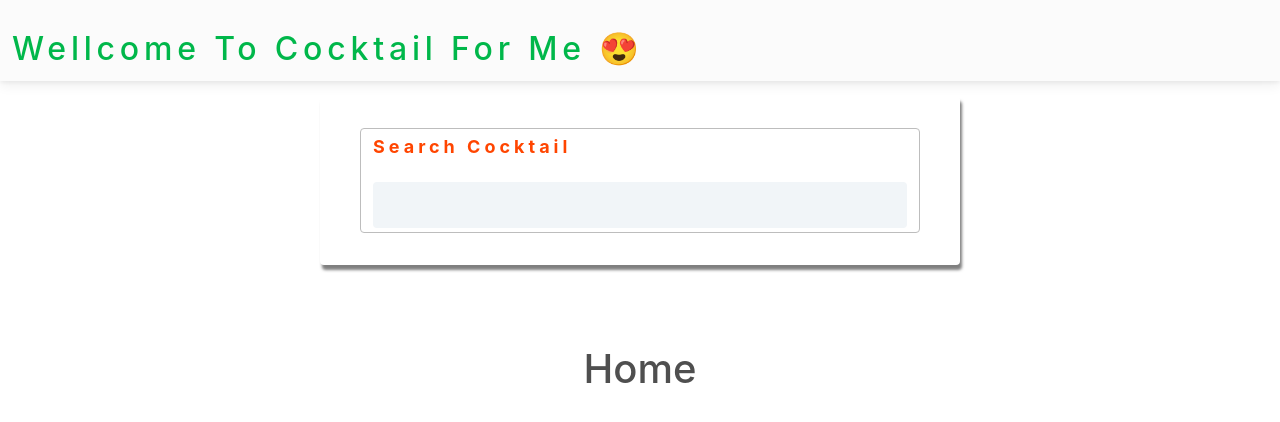
Repository: fdhhhdjd/Redux-Toolkit-CockTails-Api
Page: /
An editor plug-in stored every save of this project. The page is shown before and after a run of saves, followed by the edit.
The browser window is 1280 px wide. The pictures show the whole page.
The page's requests for data from a server got no answer. Some web libraries are served in a nearby version. The project was rebuilt for these pictures with package versions that can differ from the ones it lists, and the page was loaded fresh each time. No one was signed in, and anything a server would have sent is missing. Also part of the build but not shown: src/Components/DetailItem.js.

Above is the page before, as saved 2021-12-27 11:02:53.

After the next 2 saves:
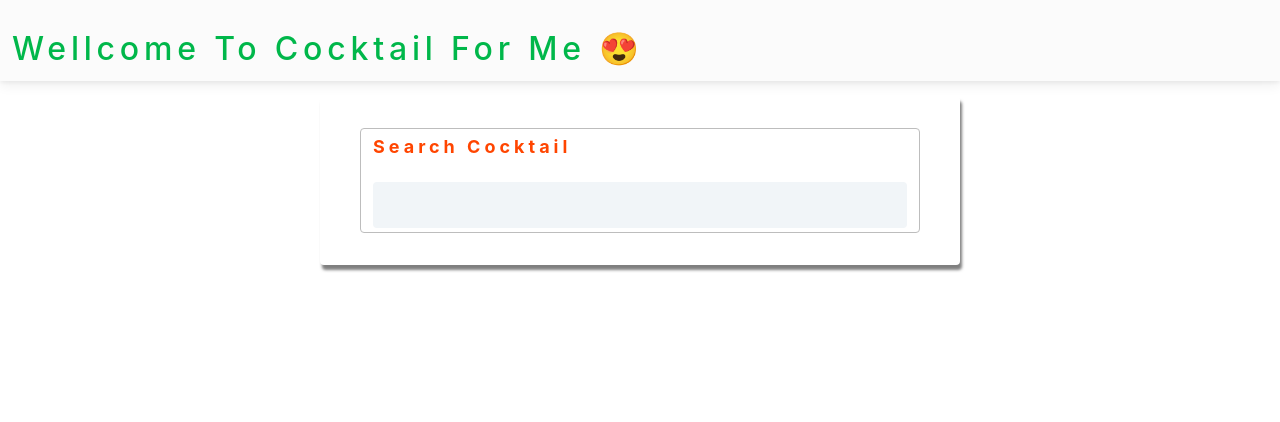
The 2 saves are shown as one change because 1 did not build or start.
The last was saved 16 s later.
--- a/src/Pages/Home.js
+++ b/src/Pages/Home.js
@@ -38,7 +38,28 @@
   }
   return (
     <>
-      <h1>Home</h1>
+      <div className="container">
+        <div className="row row-cols-1 row-cols-md-3 g-4">
+          {modifiedCocktail.map((item) => {
+            const { id, name, image, glass, info } = item;
+            return (
+              <div className="col" key={id}>
+                <div className="card h-2">
+                  <img src={image} alt={name} className="card-img-top" />
+                  <div className="card-body" style={{ textAlign: "left" }}>
+                    <h5 className="card-title">{name}</h5>
+                    <h4 className="card-title">{glass}</h4>
+                    <p className="card-text">{info}</p>
+                    <Link to={`/cocktail/${id}`}>
+                      <button className="btn btn-info">Details</button>
+                    </Link>
+                  </div>
+                </div>
+              </div>
+            );
+          })}
+        </div>
+      </div>
     </>
   );
 };
